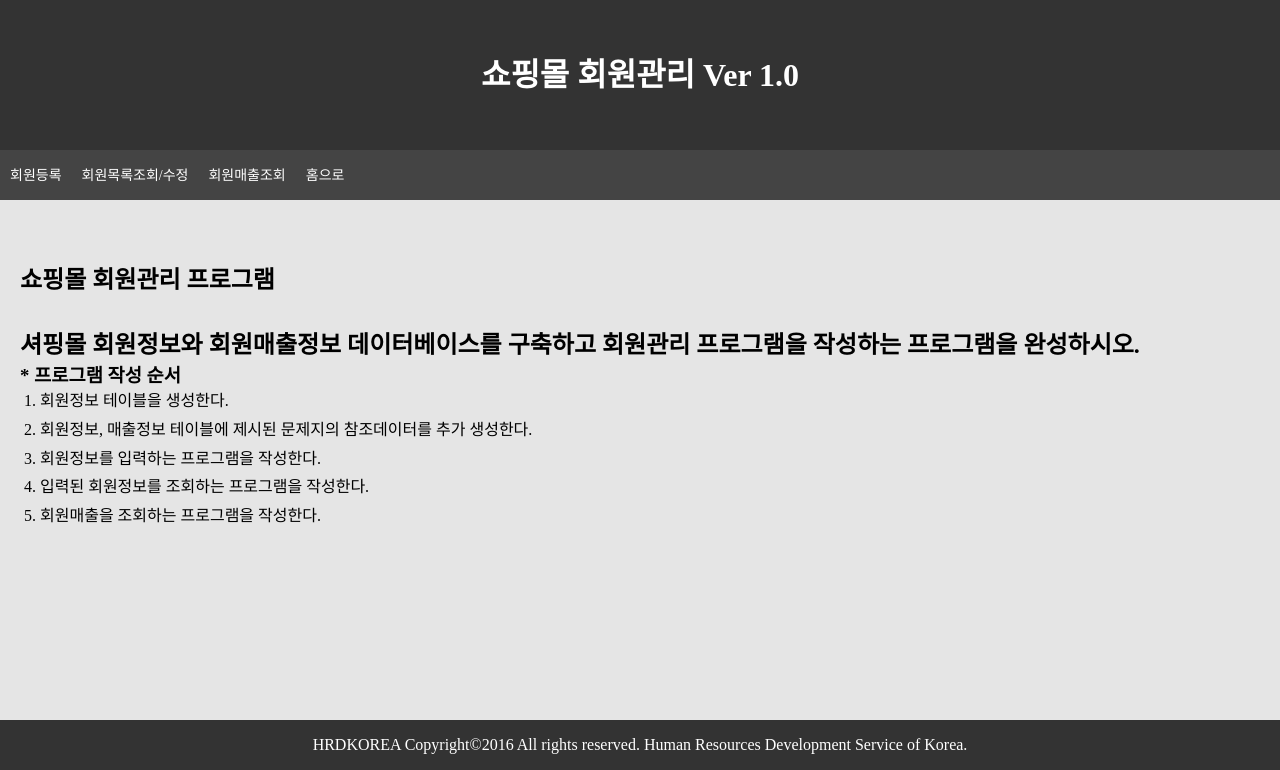
Repository: jeongbin5211/shop_jsp_project
Page: http://localhost/HRD_003/
An editor plug-in stored every save of this project. The page is shown before and after the next save, followed by the edit.
The browser window is 1280 px wide. The pictures show the whole page.
The page is served by Tomcat 9. Other server files are loaded and not shown.

Above is the page before, as saved 2023-12-27 15:53:46.

### source/HRD_003/src/main/webapp/index.jsp
<%@ page language="java" contentType="text/html; charset=UTF-8"
    pageEncoding="UTF-8"%>
<!DOCTYPE html>
<html>
<head>
<meta charset="UTF-8">
<title>홈쇼핑 회원관리 시스템</title>
<link href="css/style.css" rel="stylesheet">
</head>
<body>
	<%@ include file="include/header.jsp" %>
	<section>
		<h1>쇼핑몰 회원관리 프로그램</h1>
		<div class="main">
			<h2>셔핑몰 회원정보와 회원매출정보 데이터베이스를 구축하고 회원관리 프로그램을 작성하는 프로그램을 완성하시오.</h2>
			<h3>* 프로그램 작성 순서</h3>
			<ol>
				<li>회원정보 테이블을 생성한다.</li>
				<li>회원정보, 매출정보 테이블에 제시된 문제지의 참조데이터를 추가 생성한다.</li>
				<li>회원정보를 입력하는 프로그램을 작성한다.</li>
				<li>입력된 회원정보를 조회하는 프로그램을 작성한다.</li>
				<li>회원매출을 조회하는 프로그램을 작성한다.</li>
			</ol>
		</div>
	</section>
	<footer>
		<p>HRDKOREA Copyright&copy;2016 All rights reserved. Human Resources Development Service of Korea.</p>
	</footer>
</body>
</html>

### source/HRD_003/src/main/webapp/include/header.jsp
<%@ page language="java" contentType="text/html; charset=UTF-8"
    pageEncoding="UTF-8"%>
<header>
	<h1>쇼핑몰 회원관리 Ver 1.0</h1>
	<nav>
		<ul>
			<li>
				<a href="add.jsp">회원등록</a>
			</li>
			<li>
				<a href="list.jsp">회원목록조회/수정</a>
			</li>
			<li>
				<a href="result.jsp">회원매출조회</a>
			</li>
			<li>
				<a href="index.jsp">홈으로</a>
			</li>
		</ul>
	</nav>
</header>

### source/HRD_003/src/main/webapp/css/style.css
@charset "UTF-8";

	* {
		margin: 0;
		padding: 0;
		box-sizing: border-box;
	}

	a {
		color: #fff;
		text-decoration: none;
		font-size: 14px;
	}

	header {
		background-color: #333;
	}

	header h1 {
		text-align: center;
		color: #fff;
		height: 150px;
		line-height: 150px;
	}

	header nav {
		background-color: #444;
		height: 50px;
		line-height: 50px;
	}

	header ul {
		list-style: none;
		display: flex;
	}

	header ul li {
		margin: 0 10px;
	}

	.container {
		width: 600px;
		margin: 0 auto;
	}

	section {
		height: calc(100vh - 150px - 50px);
		background-color: #e5e5e5;
		padding: 30px 20px;
	}

	section h1 {
		padding: 30px 0;
	}

	section ol {
		margin-left: 20px;
		line-height: 1.8;
	}

	table {
		width: 100%;
		border-collapse: collapse;
	}

	th, td {
		padding: 5px;
		border: 1px solid #333;
	}

	input[type=text] {
		padding: 5px;
	}

	tr:last-child {
		text-align: center;
	}

	footer {
		background-color: #333;
		height: 50px;
		line-height: 50px;
	}

	footer p {
		text-align: center;
		color: #fff;
	}

After the next save:
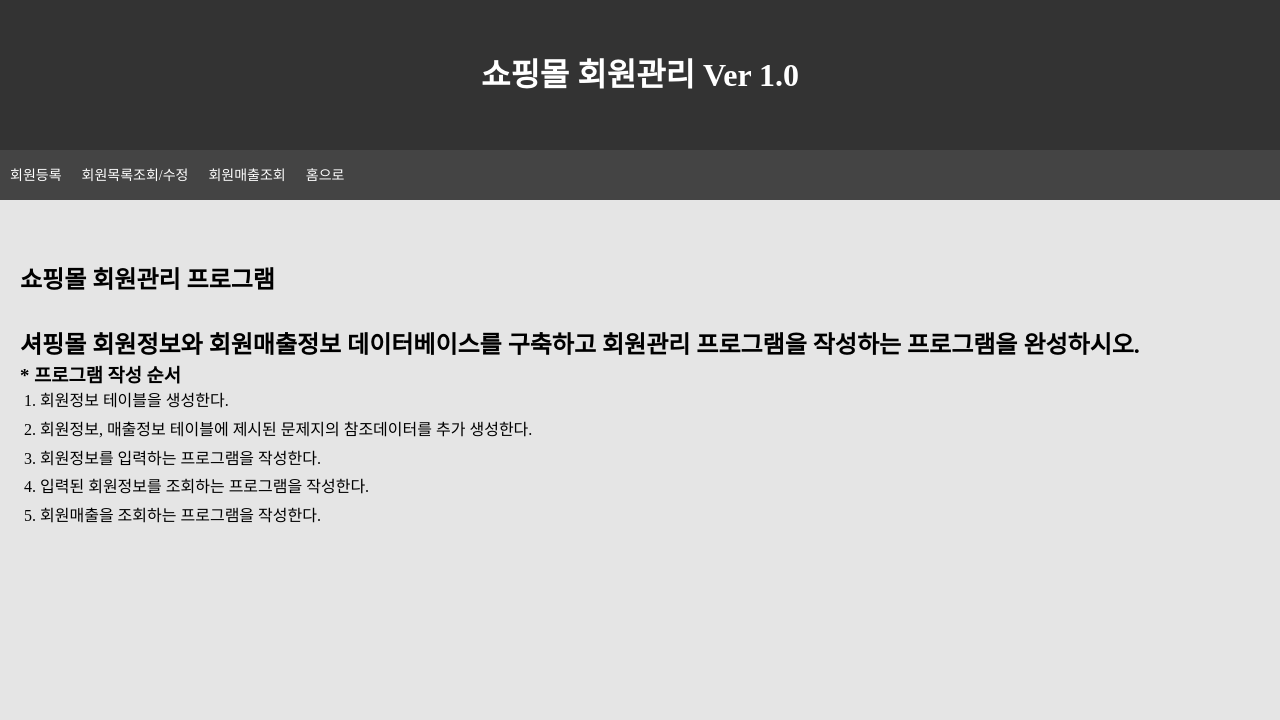
Saved 6 s later.
--- a/source/HRD_003/src/main/webapp/index.jsp
+++ b/source/HRD_003/src/main/webapp/index.jsp
@@ -23,8 +23,6 @@
 			</ol>
 		</div>
 	</section>
-	<footer>
-		<p>HRDKOREA Copyright&copy;2016 All rights reserved. Human Resources Development Service of Korea.</p>
-	</footer>
+
 </body>
 </html>
